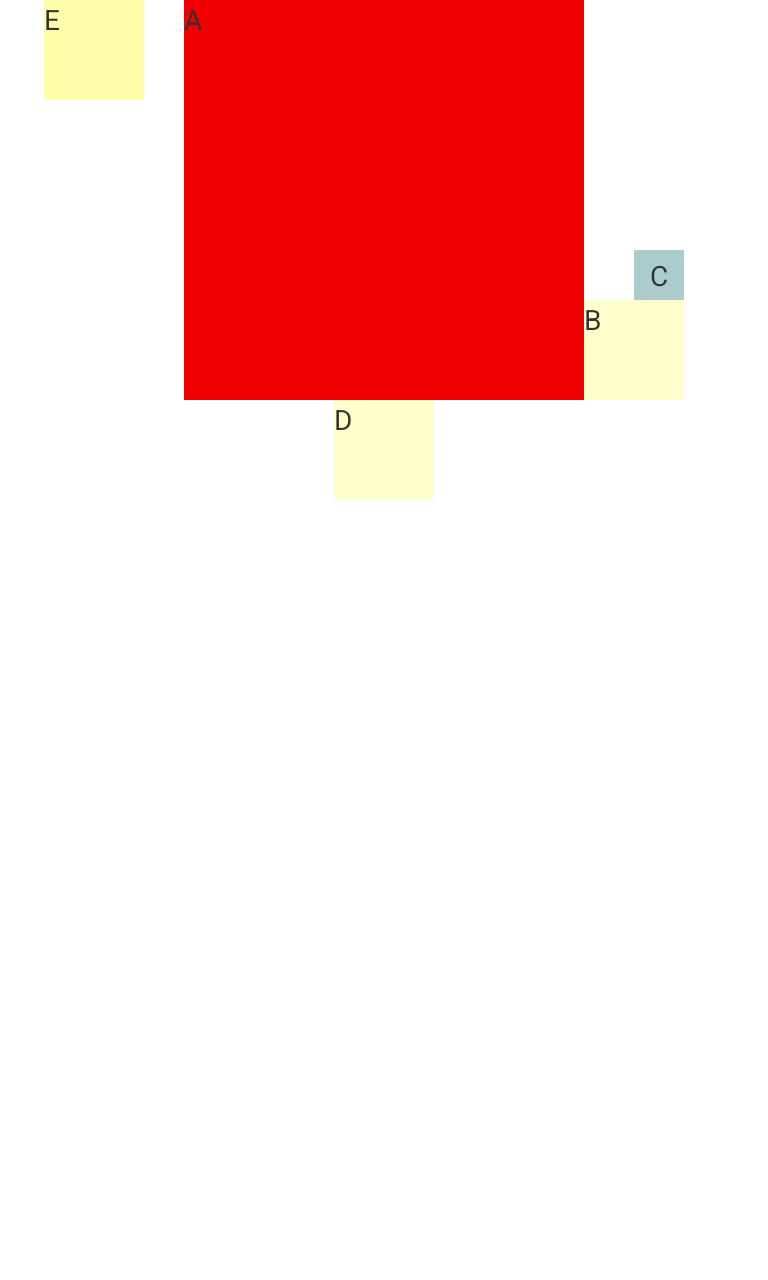
Repository: ablanchard/formation-android
Layout: Bonus/res/layout/fragment_main.xml
An editor plug-in stored every save of this project. The layout is shown before and after a run of saves, followed by the edit.
It is drawn on a 768 x 1280 px phone screen (xhdpi) without system bars, with theme AppTheme; the app's code is not run.

Above is the layout before, as saved 2014-04-29 10:10:49.

After the next 2 saves:
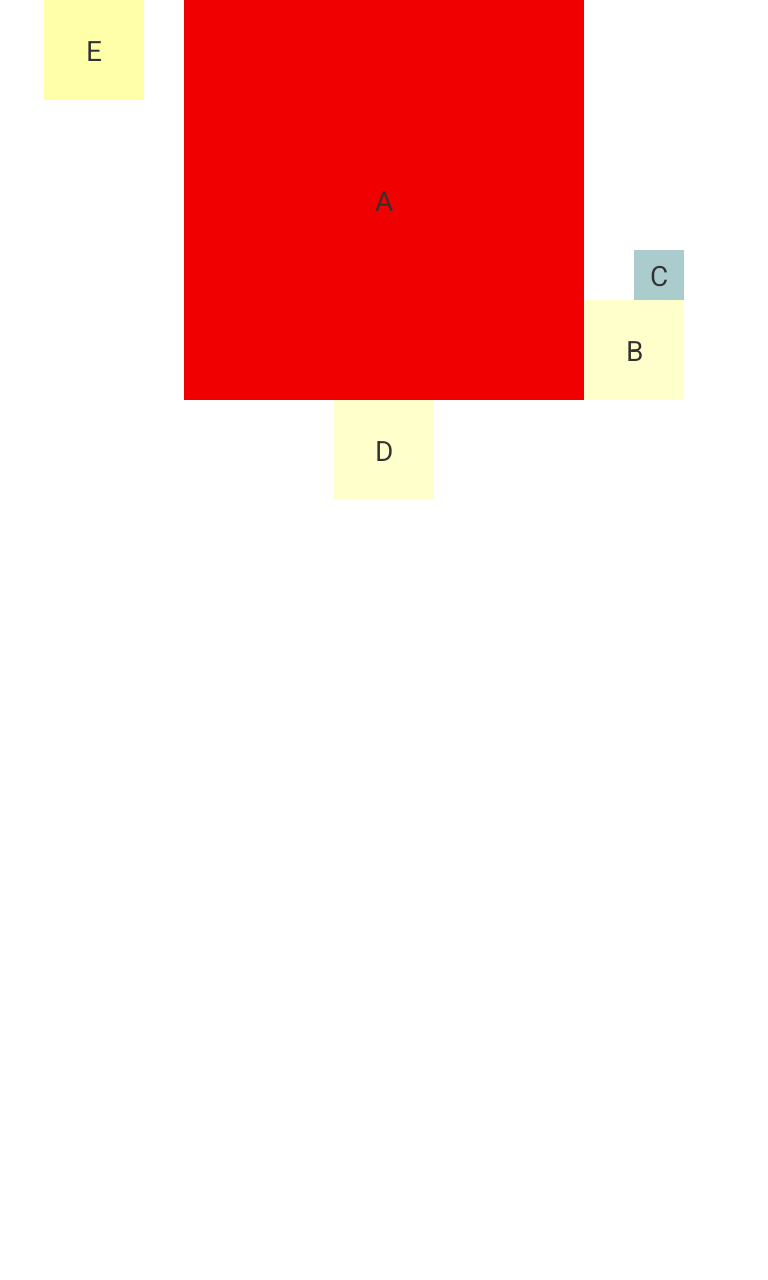
The 2 saves are shown as one change because they came seconds apart.
The last was saved 17 s later.
--- a/Bonus/res/layout/fragment_main.xml
+++ b/Bonus/res/layout/fragment_main.xml
@@ -9,6 +9,7 @@
         android:layout_width="50dp"
         android:layout_height="50dp"
         android:text="E"
+        android:gravity="center"
         android:layout_marginRight="20dp"
         android:background="#FFFFFFAA"
         android:layout_toLeftOf="@+id/A"
@@ -19,6 +20,7 @@
         android:layout_width="200dp"
         android:layout_height="200dp"
         android:text="A"
+        android:gravity="center"
         android:id="@+id/A"
         android:background="#FFF00000"
         android:layout_centerHorizontal="true"
@@ -28,6 +30,7 @@
         android:layout_width="50dp"
         android:layout_height="50dp"
         android:text="D"
+        android:gravity="center"
         android:id="@+id/D"
         android:background="#FFFFFFCC"
         android:layout_centerHorizontal="true"
@@ -36,6 +39,7 @@
         android:layout_width="50dp"
         android:layout_height="50dp"
         android:text="B"
+        android:gravity="center"
         android:id="@+id/B"
         android:background="#FFFFFFCC"
         android:layout_toRightOf="@+id/A"
